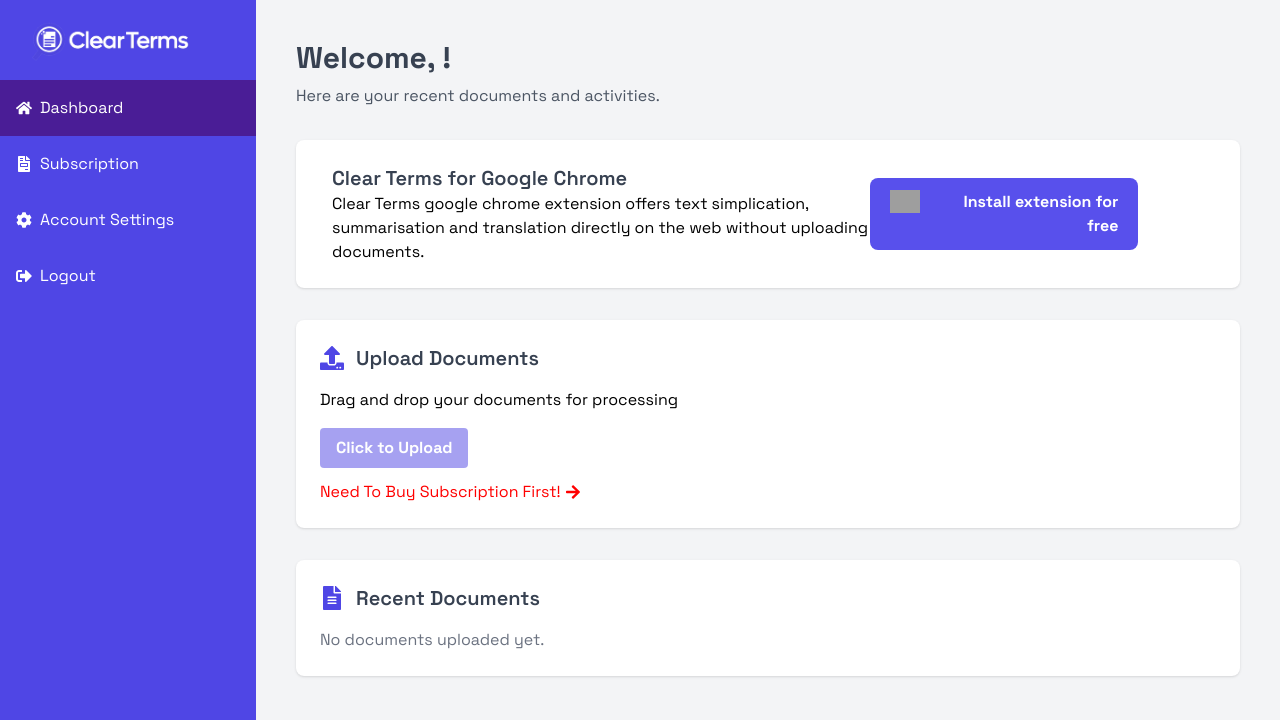
Repository: sabeelyousaf/clearterms
Page: /dashboard
An editor plug-in stored every save of this project. The page is shown before and after the next save, followed by the edit.
The browser window is 1280 px wide. The pictures show the whole page.
Pictures or frames that could not be fetched are drawn as grey boxes. The page's requests for data from a server got no answer. The project was rebuilt for these pictures with package versions that can differ from the ones it lists, and the page was loaded fresh each time. The framework's server and built-in components were replaced by stand-ins that run in the browser. No one was signed in, and anything a server would have sent is missing. Also part of the build but not shown: next.config.js.

Above is the page before, as saved 2024-12-01 02:08:09.

### src/app/layout.js
import './globals.css'
import { Space_Grotesk } from 'next/font/google'

const font = Space_Grotesk({ subsets: ['latin'] })

export const metadata = {
  title: 'Clear Terms',
  description: 'clear terms',
}

export default function RootLayout({ children }) {
  return (
    <html lang="en">
      <body className={font.className}>{children}</body>
    </html>
  )
}

### src/app/dashboard/page.jsx
"use client";
import { useEffect, useState } from "react";
import { useRouter } from "next/navigation";
import Sidebar from "@/app/components/dashboard/Sidebar";
import { FaArrowRight, FaFileAlt, FaUpload } from "react-icons/fa";
import { allDocs, checkSubscription, uploadDoc } from "@/app/api/routes";
import axios from "axios";
import Link from "next/link";

const Dashboard = () => {
  const [files, setFiles] = useState([]);
  const [subscription, setSubscription] = useState(false);
  const [docs, setDocs] = useState([]);
  const [username, setUsername] = useState("");
  const [isLoading, setIsLoading] = useState(false); // File upload loader
  const [uploadSuccess, setUploadSuccess] = useState(""); // Success message
  const [isCheckingSubscription, setIsCheckingSubscription] = useState(true); // Subscription check loader
  const router = useRouter();



  const handleViewDocument = (index) => {
    router.push(`/dashboard/document/${index}`);
  };

  const fetchSubscription = async () => {
    const token = sessionStorage.getItem("token");
    try {
      const response = await axios.get(checkSubscription, {
        headers: {
          Authorization: `Bearer ${token}`,
          "Content-Type": "application/json",
        },
      });
      setSubscription(response.data.subscription);
    } catch (error) {
      console.error("Error fetching subscription:", error);
    } finally {
      setIsCheckingSubscription(false); // Hide subscription loader
    }
  };

  const formatDate = (dateString) => {
    const options = { day: '2-digit', month: 'short', year: 'numeric' };
    return new Date(dateString).toLocaleDateString('en-GB', options).replace(',', ''); // Use en-GB to get 'dd mmm yyyy' format
  };
  const fetchDocs = async () => {
    const token = sessionStorage.getItem("token");
    try {
      const response = await axios.get(allDocs, {
        headers: {
          Authorization: `Bearer ${token}`,
          "Content-Type": "application/json",
        },
      });
      setDocs(response.data.data.data);
    } catch (error) {
      console.error("Error fetching docs:", error);
    }
  };

  useEffect(() => {
    const firstName = sessionStorage.getItem("first_name") || "";
    const lastName = sessionStorage.getItem("last_name") || "";
    setUsername(`${firstName} ${lastName}`.trim());

    // Fetch subscription and documents
    fetchSubscription();
    fetchDocs();
  }, []);

  const handleFileUpload = async (e) => {
    const uploadedFiles = Array.from(e.target.files);
    setFiles([...files, ...uploadedFiles]);

    const formData = new FormData();
    const token = sessionStorage.getItem("token");
    uploadedFiles.forEach((file) => formData.append("documents[]", file));

    setIsLoading(true); // Show preloader

    try {
      const response = await axios.post(uploadDoc, formData, {
        headers: {
          Authorization: `Bearer ${token}`,
          "Content-Type": "multipart/form-data",
        },
      });
      if (response.status === 200) {
        setUploadSuccess("Documents uploaded successfully!");
        await fetchDocs(); // Update documents list
      }
    } catch (error) {
      console.error("Failed to upload documents:", error);
    } finally {
      setIsLoading(false); // Hide preloader
      setTimeout(() => setUploadSuccess(""), 5000);
    }
  };

  return (
    <div className="flex h-screen">
      <Sidebar />
      <div className="md:flex-1 pt-20 md:px-10 px-3 md:pt-10 bg-gray-100 overflow-auto">
        {isCheckingSubscription ? (
          // Spinner while checking subscription
          <div className="flex justify-center items-center h-screen">
            <div className="loader"></div>
          </div>
        ) : (
          <>
            <div className="mb-8">
              <h1 className="text-3xl font-bold text-gray-700">
                Welcome, {username}!
              </h1>
              <p className="text-gray-600 mt-2">
                Here are your recent documents and activities.
              </p>


            </div>
            {/* Document Upload Section */}

            <div className="bg-white shadow rounded-lg p-6 mb-8">
              <div className="flex flex-row items-center flex-wrap">

               <div className="md:w-3/5 lg:w-3/5 ms-3">
               <h2 className="text-xl font-semibold text-gray-700 mb-0">
               Clear Terms for Google Chrome
                </h2>
                <p >Clear Terms google chrome extension offers text simplication, summarisation and translation directly on the web without uploading documents.</p>
               </div>
               <div style={{width:"30%"}}>
               <button
            type="submit"
            className=" bg-indigo-600 text-end block ms-auto text-white p-3 float-right rounded-lg font-bold hover:bg-indigo-500 flex flex-row gap-3   px-5 "

          >    <div>
          <img src="https://upload.wikimedia.org/wikipedia/commons/thumb/e/e1/Google_Chrome_icon_%28February_2022%29.svg/768px-Google_Chrome_icon_%28February_2022%29.svg.png" className="me-2" width="30" alt="" />
          </div>
            Install extension for free</button>
               </div>
              </div>
            </div>
            <div className="bg-white shadow rounded-lg p-6 mb-8">
              <div className="flex items-center">
                <FaUpload className="text-primary text-2xl mr-3" />
                <h2 className="text-xl font-semibold text-gray-700">
                  Upload Documents
                </h2>
              </div>
               <p className="pt-4">Drag and drop your documents for processing</p>
              {subscription.length > 0 ? (
                <div className="mt-4">
                  <input
                    type="file"
                    id="upload"
                    multiple
                    className="hidden"
                    onChange={handleFileUpload}
                  />
                  <label
                    htmlFor="upload"
                    className="cursor-pointer bg-primary text-white py-2 px-4 rounded"
                  >
                    {isLoading ? "Uploading..." : "Click to Upload"}
                  </label>
                  {isLoading && <div className="loader mt-4"></div>}
                  {uploadSuccess && (
                    <div className="text-green-500 mt-2">{uploadSuccess}</div>
                  )}
                </div>
              ) : (
                <div className="mt-4">
                  <button
                    type="button"
                    disabled
                    className="bg-primary text-white py-2 font-bold px-4 rounded opacity-50 cursor-not-allowed"
                  >
                    Click to Upload
                  </button>
                  <div className="mt-3">
                  <Link href="/dashboard/subscription">
  <div className="flex flex-row gap-1 transition-all duration-300 hover:ml-2">
    <span style={{ color: "red" }}>
      Need To Buy Subscription First!
    </span>
    <FaArrowRight style={{ color: "red" }} className="mt-1" />
  </div>
</Link>

                  </div>
                </div>
              )}
               {/* Recent Documents Section */}

            </div>
            <div className="bg-white shadow rounded-lg p-6">
          <div className="flex items-center mb-4">
            <FaFileAlt className="text-primary text-2xl mr-3" />
            <h2 className="text-xl font-semibold text-gray-700">
              Recent Documents
            </h2>
          </div>
          {docs.length === 0 ? (
            <p className="text-gray-500">No documents uploaded yet.</p>
          ) : (
            <table className="w-full table-auto text-left">
              <thead>
                <tr className="text-gray-500">
                  <th className="py-2">Document Name</th>
                  <th className="py-2">Date Uploaded</th>
                  <th className="py-2">Actions</th>
                </tr>
              </thead>
              <tbody>
                {docs.map((file, index) => (
                  <tr key={index} className="border-t">
                    <td className="py-2">{file.document}</td>
                    <td className="py-2">{formatDate(file.created_at)}</td> {/* Format the date */}
                    <td className="py-2">
                      <button
                        className="bg-primary text-white py-1 md:px-3 rounded px-1 mr-2"
                        onClick={() => handleViewDocument(file.id)}
                      >
                        View
                      </button>
                      {/* <button
                        className="bg-blue-500 text-white py-1 md:px-3 rounded px-1 mr-2"
                        onClick={() => handleSummarize(file.id)}
                      >
                        Summarize
                      </button>
                      <button
                        className="bg-green-500 text-white py-1 md:px-3 rounded px-1"
                        onClick={() => handleSimplify(file.id)}
                      >
                        Simplify
                      </button> */}
                    </td>
                  </tr>
                ))}
              </tbody>
            </table>
          )}
        </div>

          </>
        )}
      </div>
    </div>
  );
};

export default Dashboard;

### src/app/globals.css
@tailwind base;
@tailwind components;
@tailwind utilities;

*{
    scroll-behavior: smooth;
}

.bg-green{
  background-color: green;
}
.loader {
    border: 4px solid rgba(255, 255, 255, 0.3);
    border-top: 4px solid #3498db;
    border-radius: 50%;
    width: 40px; /* Size of the loader */
    height: 40px; /* Size of the loader */
    animation: spin 1s linear infinite;
  }

  @keyframes spin {
    0% { transform: rotate(0deg); }
    100% { transform: rotate(360deg); }
  }
.max-w-lg{
    max-width: 900px;
    min-width: 400px;
}


  .grow-effect {
    animation: grow 1s infinite alternate;
  }

  @keyframes grow {
    0% {
      transform: scale(1);
    }
    100% {
      transform: scale(1.1);
    }
  }


  /* Center the spinner in the middle of the page */
.spinner-container {
  display: flex;
  justify-content: center;
  align-items: center;
  height: 100vh;
  background-color: #f8f9fa; /* Optional: Light background color */
}

.spinner {
  width: 50px;
  height: 50px;
  border: 5px solid rgba(0, 0, 0, 0.1); /* Light border */
  border-top: 5px solid #007bff; /* Primary color */
  border-radius: 50%;
  animation: spin 1s linear infinite;
}
.mob-center{
  margin: 0px!important;
}
.mob-hide{
  display: none!important;
}
.mob-margin{
  margin-top: 40px!important;
}
.btn-full{
  width: 100%;
  margin-top: 20px!important;
  margin-left: -20px;
}

/* Spinner animation */
@keyframes spin {
  from {
    transform: rotate(0deg);
  }
  to {
    transform: rotate(360deg);
  }
}
@media(max-width:768px){
  .mob-center{
    margin: 0px!important;
  }
}

### src/app/components/dashboard/Sidebar.jsx
"use client";
import Image from 'next/image';
import Link from 'next/link';
import { useRouter } from 'next/navigation'; // Correct import for Next.js
import { FaHome, FaCog, FaSignOutAlt, FaFileInvoice, FaBars, FaTimes, FaArrowRight } from 'react-icons/fa'; // Importing icons
import { useState } from 'react'; // Import useState to handle the sidebar toggle
import logo from '../../../../public/logo-2.png'
const Sidebar = () => {

  const router = useRouter(); // Using the router for current path
  const [isOpen, setIsOpen] = useState(false); // State to toggle sidebar on mobile

  // Function to determine if the current path matches the link
  const isActive = (path) => {
    return router.pathname === path; // Checks if the current path matches the link path
  };

  // Function to toggle the sidebar on mobile
  const toggleSidebar = () => {
    setIsOpen(!isOpen);
  };



  const handleLogout = async () => {
    sessionStorage.removeItem('token');
    sessionStorage.removeItem('subscription');
    sessionStorage.removeItem('first_name');
    sessionStorage.removeItem('last_name');
    sessionStorage.removeItem('email');
    router.push('/login');
  };

  return (
    <>
      {/* Hamburger menu for mobile */}
      <div className="lg:hidden p-4 bg-primary text-white fixed w-full flex justify-between">
      <Link href="/">
        <Image src={logo} alt='Logo' width={150}    />
        </Link>
        <button onClick={toggleSidebar}>
          {isOpen ? <FaTimes size={24} /> : <FaBars size={24} />}
        </button>
      </div>

      {/* Sidebar */}
      <div className={`h-screen w-64 bg-primary text-white fixed transition-transform duration-300 z-50
        ${isOpen ? 'translate-x-0' : '-translate-x-full'} lg:translate-x-0 lg:static`}>
        <div className='px-6'>
        <Link href="/">
          <Image src={logo} alt='Logo' width={170}  className=' mt-5 ' />
          </Link>
        </div>
        <nav className="mt-4">
          <ul>
            <li className={`p-4 flex items-center hover:bg-indigo-400 ${isActive('/dashboard') ? 'bg-purple-900' : ''}`}>
              <FaHome className="mr-2" />

              <Link href="/dashboard">Dashboard</Link>
            </li>
            <li className={`p-4 flex items-center hover:bg-indigo-400 ${isActive('/dashboard/subscription') ? 'bg-purple-900' : ''}`}>
              <FaFileInvoice className="mr-2" />
              <Link href="/dashboard/subscription">Subscription</Link>
            </li>
            <li className={`p-4 flex items-center hover:bg-indigo-400 ${isActive('/dashboard/profile') ? 'bg-purple-900' : ''}`}>
              <FaCog className="mr-2" />
              <Link href="/dashboard/profile">Account Settings</Link>
            </li>

            <li className="p-4 flex items-center mt-auto hover:bg-indigo-400">
              <FaSignOutAlt className="mr-2" />
              <a onClick={handleLogout} className="text-white cursor-pointer">
              Logout
              </a>
            </li>
          </ul>
        </nav>
      </div>

      {/* Overlay for mobile when sidebar is open */}
      {isOpen && <div onClick={toggleSidebar} className="fixed inset-0 bg-black opacity-50 lg:hidden"></div>}
    </>
  );
};

export default Sidebar;

### src/app/api/routes.jsx
// Base URL
const BASE_URL = "http://127.0.0.1:8000/api";

// Auth
const login = `${BASE_URL}/login`;
const register = `${BASE_URL}/register`;
const resetPassword = `${BASE_URL}/reset-password`;
const profileUpdate = `${BASE_URL}/profile-update`;
const forgotPassword = `${BASE_URL}/forgot-password`;
const googleAuth= `${BASE_URL}/auth/google`
const redirectGoogle= `${BASE_URL}/redirect/google`


// Stripe
const checkSubscription = `${BASE_URL}/check-subscription`;
const checkoutSession = `${BASE_URL}/create-checkout-session`;

// Docs
const allDocs = `${BASE_URL}/docs`;
const singleDoc = `${BASE_URL}/doc`;
const uploadDoc = `${BASE_URL}/doc/upload`;

// AI
const docSummarize = `${BASE_URL}/doc/summarize`;
const docSimplify = `${BASE_URL}/doc/simplify`;

//Generate PDF & DOCX
const downloadContent = `${BASE_URL}/download-content`;

//Contact Mail
const contactMail= `${BASE_URL}/contact-mail`;

export {
    login,
    register,
    checkSubscription,
    checkoutSession,
    allDocs,
    uploadDoc,
    docSummarize,
    docSimplify,
    profileUpdate,
    singleDoc,
    downloadContent,
    forgotPassword,
    resetPassword,
    googleAuth,
    contactMail,
    redirectGoogle
};

### tailwind.config.js
/** @type {import('tailwindcss').Config} */
module.exports = {
  content: [
    './src/pages/**/*.{js,ts,jsx,tsx,mdx}',
    './src/components/**/*.{js,ts,jsx,tsx,mdx}',
    './src/app/**/*.{js,ts,jsx,tsx,mdx}',
      "./node_modules/flowbite/**/*.js",

  ],
  theme: {
    extend: {
      backgroundImage: {
        'gradient-radial': 'radial-gradient(var(--tw-gradient-stops))',
        'gradient-conic':
          'conic-gradient(from 180deg at 50% 50%, var(--tw-gradient-stops))',
         'custom-gradient': 'linear-gradient(89.7deg, rgb(0, 32, 95) 2.8%, rgb(132, 53, 142) 97.8%)',
      },
      colors: {
        primary: '#4f46e5',
      }
    },
  },
  plugins: [
    require('flowbite/plugin')
  ],
}

After the next save:
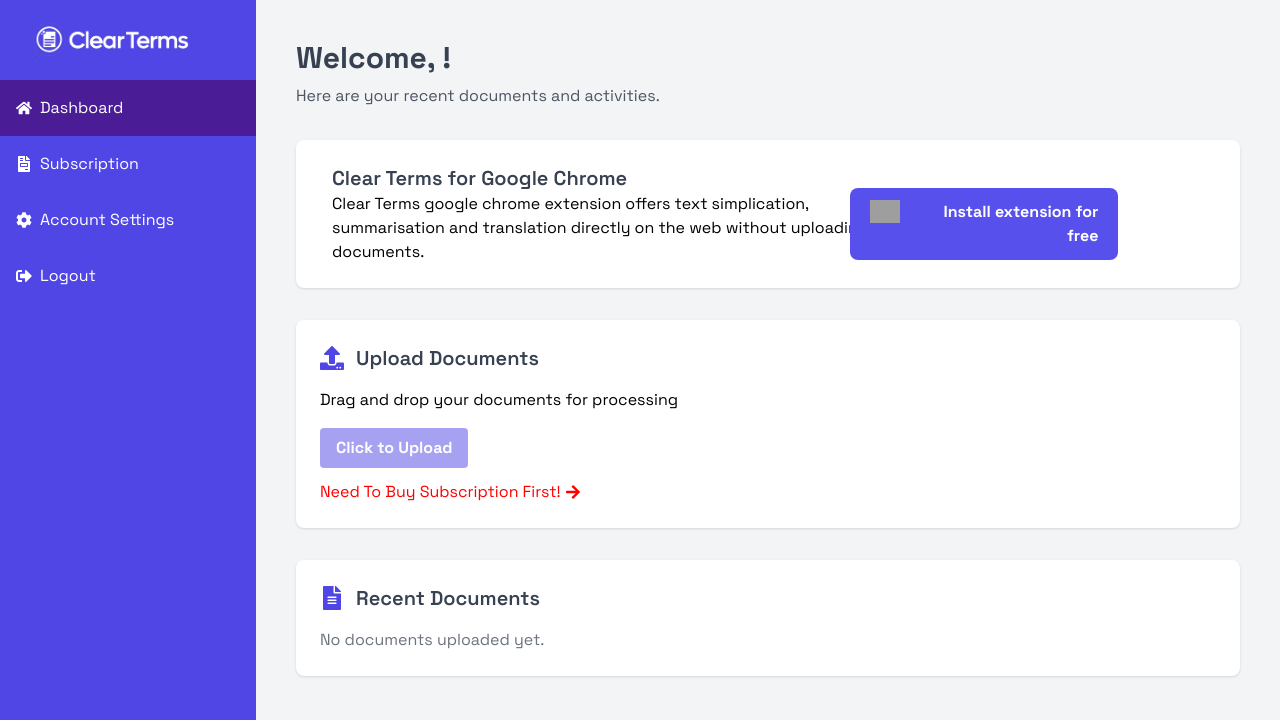
Saved 2 min 51 s later.
--- a/src/app/dashboard/page.jsx
+++ b/src/app/dashboard/page.jsx
@@ -130,7 +130,7 @@ const Dashboard = () => {
                 </h2>
                 <p >Clear Terms google chrome extension offers text simplication, summarisation and translation directly on the web without uploading documents.</p>
                </div>
-               <div style={{width:"30%"}}>
+               <div className="btn-full" style={{width:"30%"}}>
                <button
             type="submit"
             className=" bg-indigo-600 text-end block ms-auto text-white p-3 float-right rounded-lg font-bold hover:bg-indigo-500 flex flex-row gap-3   px-5 "
